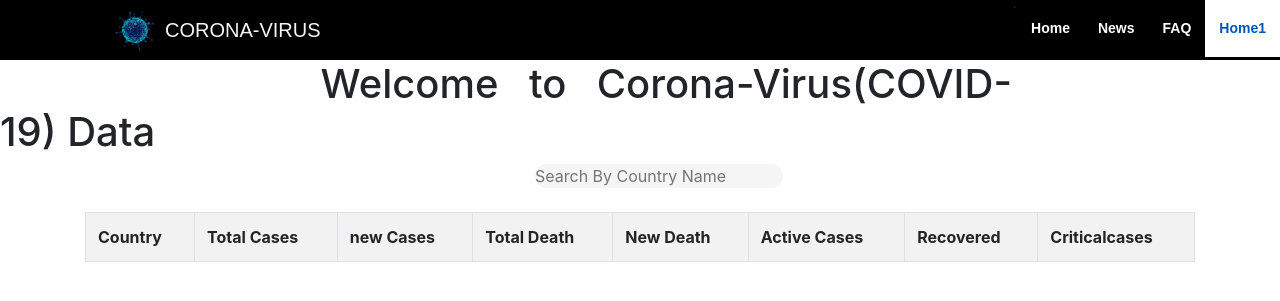
Repository: xthashankar/COVID-19-data-
Page: index.html
An editor plug-in stored every save of this project. The page is shown before and after the next save, followed by the edit.
The browser window is 1280 px wide. The pictures show the whole page.
The pointer rests on the first visible `nav ul li a`.
The page's requests for data from a server got no answer.

Above is the page before, as saved 2020-04-16 12:45:40.

After the next save:
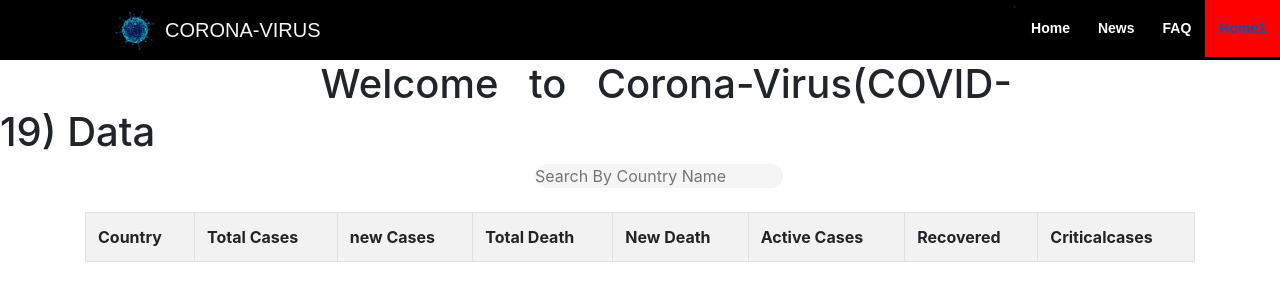
Saved 19 s later.
--- a/css/styles.css
+++ b/css/styles.css
@@ -43,7 +43,7 @@ nav ul li a{
 }
 nav ul li a:hover{
   text-decoration: none;
-  background-color:white;
+  background-color:red;
 }
 nav ul li ul {
   display:none;
